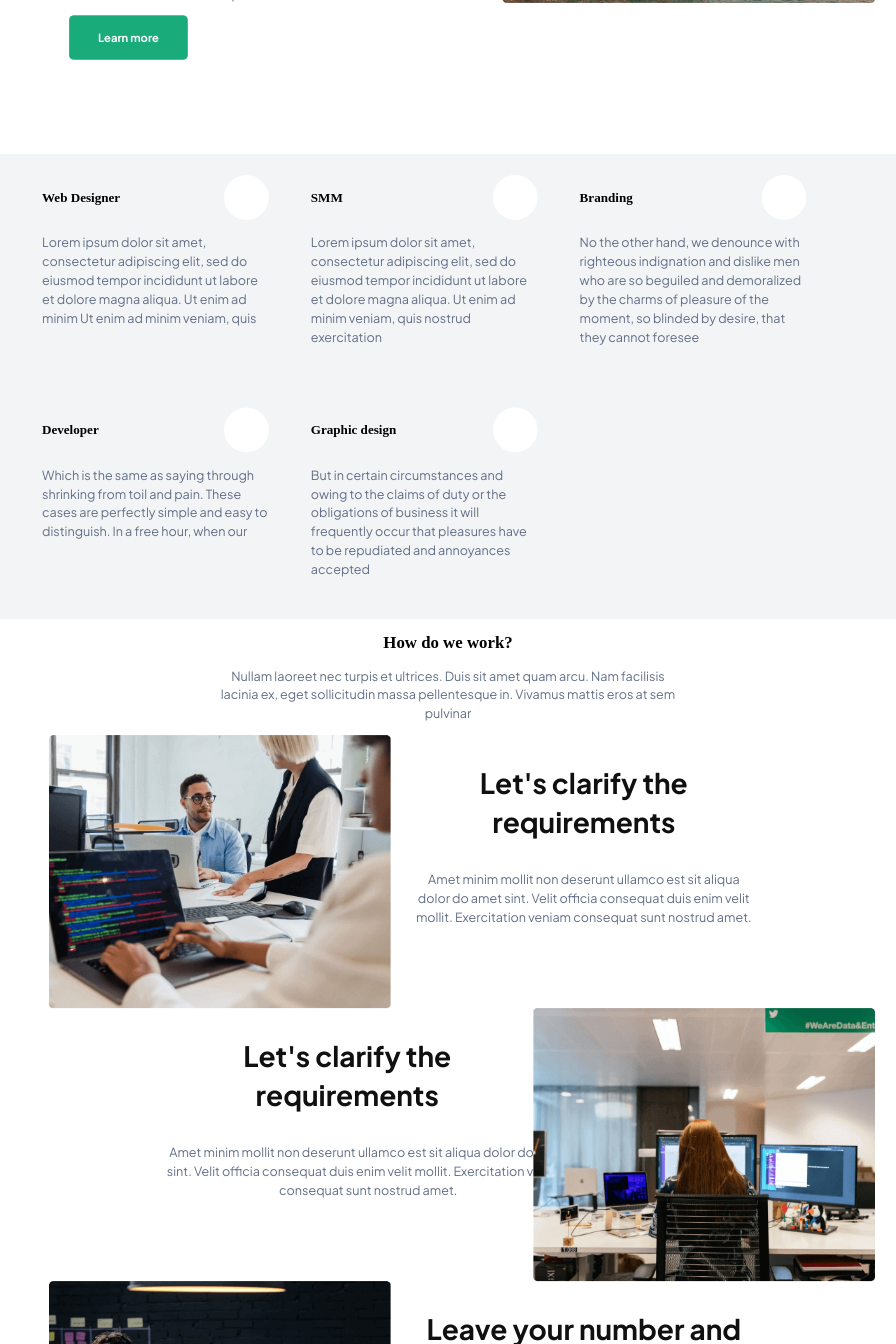
Repository: UlugbekAbdurasulov/pixar
Page: index.html
The author's editor kept a copy of each file at every save. The page is drawn from the files as they stood at one save, then again after a run of saves.
The browser window is 1280 px wide. The pictures show the part of the page from y = 543 to 2463 px (the page is 3088 px tall before and 3118 px after), at 70% of full size.

Above is the page before, as saved 2023-06-05 04:29:29.

### index.html
<!DOCTYPE html>
<html lang="en">
  <head>
    <meta charset="UTF-8" />
    <meta http-equiv="X-UA-Compatible" content="IE=edge" />
    <meta name="viewport" content="width=device-width, initial-scale=1.0" />

    <link rel="stylesheet" href="./css/main.css" />
    <title>Imthon</title>
  </head>
  <body>
    <header class="navbar">
      <div class="container">
        <div class="navbar-box">
          <div class="navvar-right">
            <a href="#"
              ><img
                src="./image/logo.svg"
                width="81"
                height="28"
                alt="pixer campaign lagatip"
            /></a>

            <nav class="navbar-naving">
              <ul class="navvar-helper">
                <li class="navbar-menu">
                  <a class="navbar-menu-link" href="#"><p>Services</p></a>
                </li>
                <li class="navbar-menu">
                  <a class="navbar-menu-link" href="#"><p>Portfolio</p></a>
                </li>
                <li class="navbar-menu">
                  <a class="navbar-menu-link" href="#"><p>Team</p></a>
                </li>
                <li class="navbar-menu">
                  <a class="navbar-menu-link" href="#"><p>Blog</p></a>
                </li>
                <li class="navbar-menu">
                  <a class="navbar-menu-link" href="#"><p>Contacts</p></a>
                </li>
              </ul>
            </nav>
          </div>
          <div class="navbar-link">
            <a class="navbar-enker" href="tel:2395550108">(239) 555-0108 </a>
          </div>
        </div>
      </div>
    </header>
    <hr />




        <div class="container">
            <div  class="hero">
                <div class="hero-wrapper">
                    <div class="hero-wrapper-information">
                        <h1 class="hero-wrapper-footer">
                            Take your   business to the next level take out
                        </h1>
                        <p class="hero-wrapper-text">
                            Nullam laoreet nec turpis et ultrices. Duis sit amet quam arcu. Nam facilisis lacinia ex, eget sollicitudin massa pellentesque in. Vivamus mattis eros at sem pulvinar
                        </p>
                       <a class="hero-wrapper-enker" href="#">Learn more</a>
                    </div>
                    <img src="./image/You-Tube.png" width="532" height="334" alt="">
                </div>
            </div>
        </div>
    </menu>
    <section class="service">
      <div class="container">
        <ul class="service-list">
          <li class="service-item"> <div class="service-title-wrapper"> <h3 >Web Designer</h3> <div class="service-item-img-wrapper"><img src="" alt=""></div></div> <p class="service-item-desc">Lorem ipsum dolor sit amet, consectetur adipiscing elit, sed do eiusmod tempor incididunt ut labore et dolore magna aliqua. Ut enim ad minim Ut enim ad minim veniam, quis </p> <a class="service-item-link" href="#"></a></li>
          <li class="service-item"> <div class="service-title-wrapper"> <h3>SMM</h3> <div class="service-item-img-wrapper"><img src="" alt=""></div></div> <p class="service-item-desc">Lorem ipsum dolor sit amet, consectetur adipiscing elit, sed do eiusmod tempor incididunt ut labore et dolore magna aliqua. Ut enim ad minim veniam, quis nostrud exercitation  </p> <a class="service-item-link" href="#"></a></li>
          <li class="service-item"> <div class="service-title-wrapper"> <h3>Branding</h3> <div class="service-item-img-wrapper"><img src="" alt=""></div></div> <p class="service-item-desc">No the other hand, we denounce with righteous indignation and dislike men who are so beguiled and demoralized by the charms of pleasure of the moment, so blinded by desire, that they cannot foresee </p> <a class="service-item-link" href="#"></a></li>
          <li class="service-item"> <div class="service-title-wrapper"> <h3>Developer</h3> <div class="service-item-img-wrapper"><img src="" alt=""></div></div> <p class="service-item-desc">Which is the same as saying through shrinking from toil and pain. These cases are perfectly simple and easy to distinguish. In a free hour, when our </p> <a class="service-item-link" href="#"></a></li>
          <li class="service-item"> <div class="service-title-wrapper"> <h3>Graphic design</h3> <div class="service-item-img-wrapper"><img src="" alt=""></div></div> <p class="service-item-desc">But in certain circumstances and owing to the claims of duty or the obligations of business it will frequently occur that pleasures have to be repudiated and annoyances accepted</p> <a class="service-item-link" href="#"></a></li>
        </ul>
      </div>
    </section>


  <section>
    <div class="container">

      <div class="Services">
        <h2  class="Services-work">How do we work?</h2>
        <p class="services-work-text">Nullam laoreet nec turpis et ultrices. Duis sit amet quam arcu. Nam facilisis lacinia ex, eget sollicitudin massa pellentesque in. Vivamus mattis eros at sem pulvinar</p>
      </div>
   <ul>
    <li class="services-work"><img src="./image/lissining.png" alt=""> <div class="Services-cantent"><h3 class="Services-footer">Let's clarify the requirements</h3> <p class="Services-text"> Amet minim mollit non deserunt ullamco est sit aliqua dolor do amet sint. Velit officia consequat duis enim velit mollit. Exercitation veniam consequat sunt nostrud amet. </p></div></li>
    <li class="services-work roower"><img src="./image/work.png" width="488" height="390"  alt=""> <div class="Services-cantent cantent"><h3 class="Services-footer">Let's clarify the requirements</h3> <p class="Services-text text-ser"> Amet minim mollit non deserunt ullamco est sit aliqua dolor do amet sint. Velit officia consequat duis enim velit mollit. Exercitation veniam consequat sunt nostrud amet. </p></div></li>
    <li class="services-work"><img src="./image/team.png" alt=""> <div class="Services-cantent"><h3 class="Services-footer">Leave your number and we'll call you back</h3> <p class="Services-text"> Amet minim mollit non deserunt ullamco est sit aliqua dolor do amet sint. Velit officia consequat duis enim velit mollit. Exercitation veniam consequat sunt nostrud amet. </p></div></li>
   </ul>
    </div>
  </section>




  <footer class="sayt-footer">


      <div class="sayt-footer-start">

        <div class="container">
<div class="sayt-footer-start-box">
  <div class="boxxing">
  <div class="sayt-footer-start-services">
    <strong>Services</strong>
    <ul class="sayt-footer-start-child">
      <li  class="sayt-footer-start-text"><a class="sayt-footer-start-text"href="#" > SMM </a></li>
      <li class="sayt-footer-start-text"><a class="sayt-footer-start-text" href="#"> Web development</a></li>
      <li class="sayt-footer-start-text" ><a class="sayt-footer-start-text" href="#"> Mobile apps </a></li>
      <li class="sayt-footer-start-text"><a class="sayt-footer-start-text" href="#"> Branding </a></li>
      <li class="sayt-footer-start-text"><a class="sayt-footer-start-text" href="#"> Graphic design </a></li>
    </ul>

  </div>
  <div class="sayt-footer-start-Resources">
    <strong>Services</strong>
    <ul class="sayt-footer-start-child">
      <li class="sayt-footer-start-text" ><a class="sayt-footer-start-text" href="#">About us</a></li>
      <li class="sayt-footer-start-text"><a class="sayt-footer-start-text" href="#">Showcase</a></li>
      <li class="sayt-footer-start-text"><a class="sayt-footer-start-text" href="#">Blog</a></li>
    </ul>
  </div>
  </div>

  <div class="sayt-footer-start-Connect">
    <strong>Services</strong>
    <address class="sayt-footer-start-child-adress">
      <a class="sayt-footer-start-text" href="#">(239) 555-0108</a>
      <a class="sayt-footer-start-text" href="#">hello@pixer.com</a>
      <a class="sayt-footer-start-text" href="#">4140 Parker Rd. Allentown, New Mexico 31134</a>
    </address>
    <ul>
      <li></li>
    <li></li>
    <li></li>
    <li></li>

  </ul>

  </div>
</div>

        </div>

      </div>
      <div class="sayt-footer-bottom">
        <div class="container">

        </div>
      </div>

  </footer>
  </body>
</html>

### css/main.css
/* plus-jakarta-sans-regular - latin */
@font-face {
  font-display: swap; /* Check https://developer.mozilla.org/en-US/docs/Web/CSS/@font-face/font-display for other options. */
  font-family: "Plus Jakarta Sans";
  font-style: normal;
  font-weight: 400;
  src: url("../fontFamly/plus-jakarta-sans-v7-latin-regular.woff2")
      format("woff2"),
    /* Chrome 36+, Opera 23+, Firefox 39+, Safari 12+, iOS 10+ */
      url("../fontFamly/plus-jakarta-sans-v7-latin-regular.woff") format("woff"); /* Chrome 5+, Firefox 3.6+, IE 9+, Safari 5.1+, iOS 5+ */
}

@font-face {
  font-display: swap; /* Check https://developer.mozilla.org/en-US/docs/Web/CSS/@font-face/font-display for other options. */
  font-family: "Plus Jakarta Sans";
  font-style: italic;
  font-weight: 500;
  src: url("../fontFamly/plus-jakarta-sans-v7-latin-500italic.woff2")
      format("woff2"),
    /* Chrome 36+, Opera 23+, Firefox 39+, Safari 12+, iOS 10+ */
      url("../fontFamly/plus-jakarta-sans-v7-latin-500italic.woff")
      format("woff"); /* Chrome 5+, Firefox 3.6+, IE 9+, Safari 5.1+, iOS 5+ */
}

@font-face {
  font-display: swap; /* Check https://developer.mozilla.org/en-US/docs/Web/CSS/@font-face/font-display for other options. */
  font-family: "Plus Jakarta Sans";
  font-style: normal;
  font-weight: 600;
  src: url("../fontFamly/plus-jakarta-sans-v7-latin-600.woff2") format("woff2"),
    /* Chrome 36+, Opera 23+, Firefox 39+, Safari 12+, iOS 10+ */
      url("../fontFamly/plus-jakarta-sans-v7-latin-600.woff") format("woff"); /* Chrome 5+, Firefox 3.6+, IE 9+, Safari 5.1+, iOS 5+ */
}

@font-face {
  font-display: swap; /* Check https://developer.mozilla.org/en-US/docs/Web/CSS/@font-face/font-display for other options. */
  font-family: "Plus Jakarta Sans";
  font-style: normal;
  font-weight: 700;
  src: url("../fontFamly/plus-jakarta-sans-v7-latin-700.woff2") format("woff2"),
    /* Chrome 36+, Opera 23+, Firefox 39+, Safari 12+, iOS 10+ */
      url("../fontFamly/plus-jakarta-sans-v7-latin-700.woff") format("woff"); /* Chrome 5+, Firefox 3.6+, IE 9+, Safari 5.1+, iOS 5+ */
}

* {
  box-sizing: border-box;
  text-decoration: none;
  list-style: none;
}
body {
  margin: 0;
  padding: 0;
  background-color: #fff;
  font-family: "Plus Jakarta Sans", "Arial" sans-serif;
}
.container {
  width: 1260px;
  margin: 0px auto;
  padding: 0 20px;
}

.visually-hidden {
  position: absolute;
  width: 1px;
  height: 1px;
  margin: -1px;
  padding: 0;
  overflow: hidden;
  border: 0;
  clip: rect(0 0 0 0)
}

.navbar-box {
  padding-top: 24px;
  padding-bottom: 24px;
  display: flex;
  justify-content: space-between;
  align-items: center;
  margin: 0;
}

.navvar-right {
  display: flex;
  justify-content: center;
  align-items: center;
  margin: 0;
}
.navvar-helper {
  display: flex;
  margin: 0;
}
.navbar-menu {
  margin-right: 30px;
}
.navbar-enker {
  color: #fff;
  margin: auto right;
  background: #101010;
  border-radius: 6px;
  padding: 12px 24px;
  margin-top: 24px;
}
.navbar-menu-link :hover {
  color: #1aab7b;
}
.navbar-menu-link :active{

  color: #1aab7b;
  opacity: 0.6;
}

.hr {
  background: #ffffff;
  border-bottom: 1px solid #eeeef4;
}
.hero {
  padding-top: 91px;
  padding-bottom: 156px;
}
.hero-wrapper {
  display: flex;
  justify-content: space-between;
  margin: 0;
}
.hero-wrapper-information {
  width: 550px;
  margin: 0 auto;
}

.hero-wrapper-footer {
  font-family: "Plus Jakarta Sans";
  font-style: normal;
  font-weight: 700;
  font-size: 56px;
  line-height: 140%;
  color: #101010;
  margin: 0;
}
.hero-wrapper-text {
  font-family: "Plus Jakarta Sans";
  font-style: normal;
  font-weight: 400;
  font-size: 18px;
  line-height: 150%;
  color: #636f87;

  margin-bottom: 40px;
}

/* .navbar-link{
        margin: 0 auto;
        padding-top: 24px;
    } */
.navbar-menu-link {
  font-family: "Plus Jakarta Sans";
  font-style: normal;
  font-weight: 500;
  font-size: 16px;
  line-height: 150%;

  color: #101010;
}
.hero-wrapper-enker {
  font-family: "Plus Jakarta Sans";
  font-style: normal;
  font-weight: 700;
  font-size: 16px;
  line-height: 120%;

  text-align: center;
  padding: 20px 40px;
  color: #fff;
  border: 1px #1aab7b solid;
  background-color: #1aab7b;
  border-radius: 6px;
}

.hero-wrapper-enker:hover {
  background: #ffffff;
  border: 1.5px solid #1aab7b;
  border-radius: 6px;
  color: #1aab7b;
}
.hero-wrapper-enker :active{
  background-color: #1aab7b;
  opacity: 0.7;
  color: #fff;
}

.Services {
  width: 650px;
  /* margin: 0 auto; */

  margin: 0 auto;
  text-align: center;
}
.services-work {
  display: flex;
}
.Services-cantent {
  width: 488px;
  margin-left: 32px;
}
.roower {
  flex-direction: row-reverse;
}
.cantent {
  width: 532px;
}
.sayt-footer-start-box {
  display: flex;
  justify-content: space-between;
}
.sayt-footer-start-services {
  margin-right: 151px;
}
.sayt-footer-start-Connect {
  margin: auto right;
}
.sayt-footer-start-child {
  margin: 0;
}
.Services-footer{
  font-family: 'Plus Jakarta Sans';
font-style: normal;
font-weight: 700;
font-size: 40px;
line-height: 140%;
color: #101010;
}
.Services-text{
  font-family: 'Plus Jakarta Sans';
  font-style: normal;
  font-weight: 400;
  font-size: 18px;
  line-height: 150%;
  color: #636F87;
}

.boxxing {
  display: flex;
}
.text-ser{
width: 592px;
margin-right: 20px;
}
.services-work{
  font-family: 'Plus Jakarta Sans';
font-style: normal;
font-weight: 600;
font-size: 36px;
line-height: 140%;
/* or 50px */

text-align: center;

color: #101010;


/* Inside auto layout */

flex: none;
order: 0;
flex-grow: 0;
}

.service-list{
  display: flex;
  flex-wrap: wrap;
  align-self: flex-start;

}
.services-work-text{
  font-family: 'Plus Jakarta Sans';
  font-style: normal;
  font-weight: 400;
  font-size: 18px;
  line-height: 150%;
  /* or 27px */

  text-align: center;

  color: #636F87;
}
.sayt-footer-start-text {
  font-family: "Plus Jakarta Sans";
  font-style: normal;
  font-weight: 500;
  font-size: 18px;
  line-height: 150%;
  margin: 26px 0 26px 0;
  color: #a1a8b7;
  row-gap: 26px;
  display: block;
  column-gap: 26px;
}
.sayt-footer {
  background-color: #101010;
}
.sayt-footer-start-text :hover{
  color: #1aab7b;
}
.sayt-footer-start-text :active{
  color: #1AAB7B;

opacity: 0.8;
}
.sayt-footer-start-child-adress{
  /* display: flex; */
  display: block;
}


.service-list{
  margin: 0;
  padding-left: 0;
  list-style: none;
}
.service-item{
  width: 384px;
  padding: 30px 30px 40px;
}
.service-title-wrapper{
  display: flex;
  justify-content: space-between;
  align-items:center;
  margin-bottom: 11px;
}
.service{
  background-color: #F2F4F6;
}
.service-item-img-wrapper{
  width: 64px;
  height: 64px;
  background-color: #FFFFFF;
border-radius: 84px;
}
.service-item-desc{
  font-family: 'Plus Jakarta Sans';
font-style: normal;
font-weight: 400;
font-size: 18px;
line-height: 150%;
/* or 27px */
color: #636F87;
}
.service-item-link{
  font-family: 'Plus Jakarta Sans';
font-style: normal;
font-weight: 700;
font-size: 20px;
line-height: 140%;
text-decoration: none;
font-variant: all-small-caps;

color: #000000;
}
.service-item:hover .service-item-desc{
  color:#fff;

}
.service-item:hover .service-item-title{
  color:#fff;

}
.service-item:hover .service-item-link{

  color:#fff;
text-decoration: underline;
}

.service-item:hover{
  background-color:#1AAB7B;
  color:#fff;

}

.service-item:hover .service-item-img-wrapper{
  background-color:#fff;
}
.service-item:hover .service-item-title{
  color:#fff;

}

### image/logo.svg
<svg width="81" height="28" viewBox="0 0 81 28" fill="none" xmlns="http://www.w3.org/2000/svg">
<path d="M0 27.3919V0.303287H9.34316C10.5077 0.295204 11.664 0.499932 12.7556 0.907471C13.7897 1.29072 14.742 1.86772 15.5618 2.6078C16.3947 3.36821 17.057 4.29789 17.5046 5.3351C17.9523 6.3723 18.175 7.49328 18.158 8.62358C18.1698 9.74744 17.9445 10.8611 17.497 11.8913C17.0496 12.9215 16.39 13.8449 15.5618 14.6008C14.7422 15.3412 13.7899 15.9182 12.7556 16.3011C11.6648 16.7088 10.5093 16.9139 9.34542 16.9065H4.25674V27.3862L0 27.3919ZM9.45604 12.8257C10.1017 12.8382 10.7431 12.7171 11.34 12.4697C11.8662 12.2485 12.3409 11.92 12.7341 11.5051C13.1055 11.1105 13.3993 10.649 13.5999 10.1448C13.7961 9.66446 13.8984 9.15069 13.9013 8.63152C13.8979 7.55157 13.4798 6.51456 12.7341 5.73642C12.3077 5.30129 11.7976 4.95789 11.2348 4.72715C10.672 4.49641 10.0684 4.38315 9.46056 4.39429H4.25674V12.8302L9.45604 12.8257Z" fill="#191919"/>
<path d="M21.4734 8.85371V27.3919H25.6556V8.85371H21.4734Z" fill="#191919"/>
<path d="M26.3611 2.83451C26.3674 3.20623 26.2989 3.57538 26.1598 3.91992C26.0208 4.26446 25.814 4.57731 25.5518 4.83977C25.2975 5.10879 24.9903 5.32169 24.6496 5.46494C24.3089 5.60819 23.9422 5.67864 23.573 5.6718V0.000627874C23.9422 -0.00592918 24.3088 0.0646457 24.6494 0.207876C24.9901 0.351106 25.2973 0.563865 25.5518 0.832657C25.8134 1.09484 26.0199 1.40716 26.1589 1.75105C26.2979 2.09495 26.3667 2.4634 26.3611 2.83451Z" fill="#35AF39"/>
<path d="M23.5696 0.000636352V5.67521C23.1955 5.68389 22.8238 5.61441 22.4779 5.47118C22.132 5.32795 21.8195 5.11409 21.5603 4.84318C21.2969 4.58076 21.0891 4.26751 20.9494 3.92231C20.8097 3.5771 20.7411 3.20708 20.7475 2.83452C20.7422 2.46314 20.8114 2.09449 20.9511 1.75055C21.0907 1.40662 21.2979 1.09445 21.5603 0.832666C21.8199 0.562198 22.1324 0.34864 22.4782 0.205443C22.824 0.0622456 23.1956 -0.00748732 23.5696 0.000636352Z" fill="#35AF39"/>
<path d="M34.8486 17.9709L28.481 8.85371H33.3417L37.3343 14.7176H37.4471L41.1722 8.85371H46.2203L39.7781 17.9709L46.3331 27.3919H41.3664L37.3726 21.3387H37.2598L33.2999 27.3919H28.3681L34.8486 17.9709Z" fill="#191919"/>
<path d="M65.2893 22.9653C64.4947 24.4194 63.3552 25.654 61.9717 26.5598C60.5419 27.5196 58.7843 27.9995 56.699 27.9995C55.3882 28.0133 54.088 27.7623 52.8757 27.2615C51.7354 26.7889 50.7032 26.0872 49.8426 25.1996C48.9783 24.302 48.2996 23.2413 47.8458 22.0789C47.3571 20.8192 47.1142 19.4769 47.1301 18.1251C47.1227 16.8268 47.3523 15.5382 47.8074 14.3231C48.2358 13.1637 48.8815 12.0975 49.7094 11.182C50.5737 10.2405 51.6261 9.49271 52.7979 8.98757C53.9696 8.48244 55.2344 8.23133 56.5094 8.25066C57.9392 8.25066 59.214 8.49022 60.3338 8.96934C61.4151 9.42349 62.3856 10.1076 63.1784 10.9746C63.9808 11.8743 64.5899 12.9305 64.9676 14.0771C65.3926 15.3558 65.6028 16.6966 65.5895 18.0446V18.3846C65.5654 18.4964 65.5526 18.6104 65.5512 18.7247C65.5266 18.8237 65.514 18.9253 65.5139 19.0274H51.3123C51.3651 19.8327 51.583 20.6185 51.9524 21.3353C52.2761 21.9571 52.7174 22.5096 53.2516 22.9619C53.7568 23.3856 54.3391 23.7067 54.9663 23.9073C55.562 24.1045 56.1847 24.2066 56.8119 24.21C58.016 24.21 59.0082 23.9202 59.7886 23.3405C60.5665 22.7601 61.2192 22.0274 61.7075 21.1868L65.2893 22.9653ZM61.4073 15.8149C61.3409 15.3791 61.2207 14.9534 61.0495 14.5476C60.85 14.0652 60.5555 13.6284 60.1837 13.2632C59.7461 12.8402 59.2354 12.5006 58.6767 12.2612C58.0619 11.9838 57.315 11.8452 56.436 11.8452C55.2319 11.8452 54.1957 12.2045 53.3273 12.9232C52.4588 13.6418 51.8749 14.6057 51.5753 15.8149H61.4073Z" fill="#191919"/>
<path d="M68.7547 8.85369H72.7055V11.6536H72.9313C73.1688 11.1616 73.4819 10.7102 73.8591 10.316C74.247 9.89965 74.6912 9.54019 75.1787 9.24817C75.6682 8.95657 76.186 8.71577 76.7241 8.5295C77.226 8.34898 77.7544 8.25397 78.2875 8.24837C78.8074 8.23859 79.3264 8.29612 79.8317 8.41954C80.2394 8.52653 80.632 8.68498 81 8.8911L79.7944 12.7123C79.4992 12.5808 79.1891 12.4856 78.8711 12.4289C78.4668 12.3607 78.0573 12.3288 77.6474 12.3337C77.0015 12.3262 76.3626 12.4698 75.7815 12.7531C75.2163 13.0321 74.7108 13.4195 74.2937 13.8935C73.8555 14.3945 73.5168 14.9752 73.2959 15.604C73.0551 16.2746 72.9339 16.9826 72.938 17.6954V27.3918H68.7614L68.7547 8.85369Z" fill="#191919"/>
</svg>

After the next 8 saves:
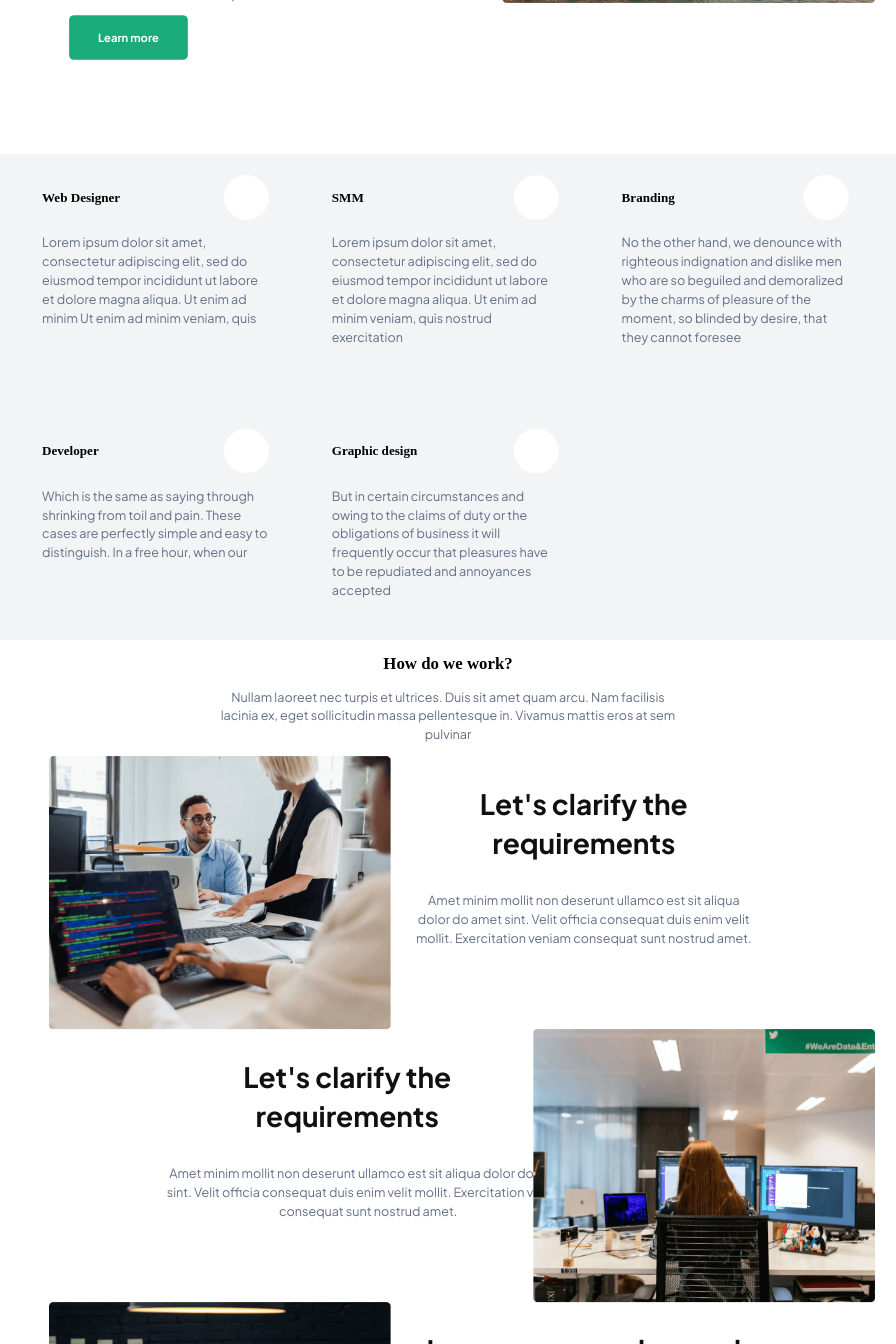
The 8 saves are shown as one change because they came seconds apart.
The last was saved 42 s later.
--- a/css/main.css
+++ b/css/main.css
@@ -268,6 +268,8 @@ flex-grow: 0;
   display: flex;
   flex-wrap: wrap;
   align-self: flex-start;
+  row-gap: 30px;
+  column-gap:30px
 
 }
 .services-work-text{
